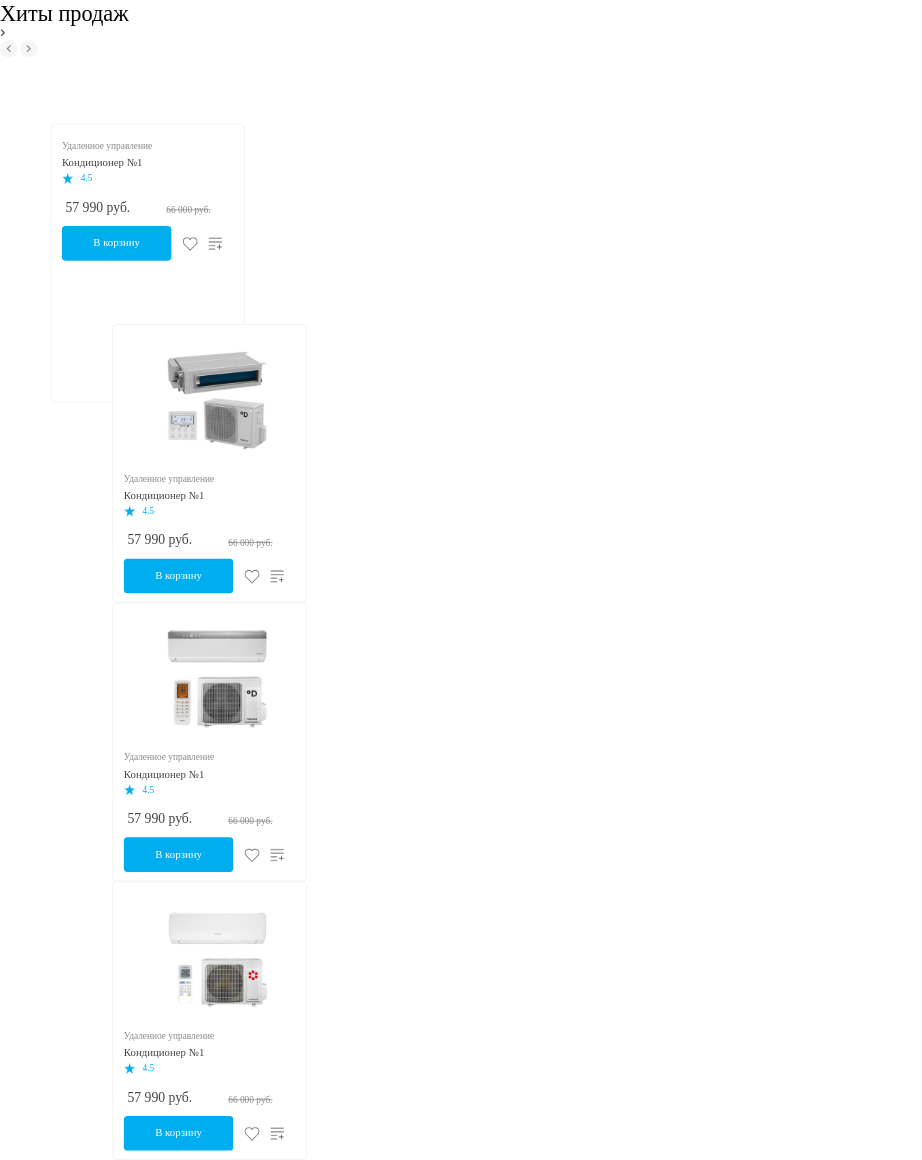
Repository: NikaMana/us
Page: index.html
An editor plug-in stored every save of this project. The page is shown before and after the next save, followed by the edit.
The browser window is 1280 px wide. The pictures show the whole page, at 72% of full size.

Above is the page before, as saved 2021-09-15 16:15:08.

### index.html
<!DOCTYPE html>
<html lang="ru">
<head>
    <meta charset="utf-8">
    <title>Main page</title>
    <meta name="viewport" content="widht=1100, initial-scale=1.0">
    <link rel="stylesheet" href="./styles.css">


</head>
<body>
<div class="welcome">
  <div class="welcome__container">
    <div class="welcome__up">
      <div class="welcome__left">
        <h1 class="welcome__hits">Хиты продаж</h1>
        <img class="welcome__arr" src="/img/arrbl.png" alt="blackarrow">
      </div>
      <div class="welcome__right">
        <img class="welcome__arr-left" src="/img/arrleft.png" alt="arrowleft">
        <img class="welcome__arr-right" src="/img/arrright.png" alt="arrowright">
      </div>
    </div>
      <div class="welcome__block-container">
        <div class="welcome__block">
          <div class="welcome__"
          <img class="welcome__pic" src="/img/pic1.png" alt="condition">
          <h4 class="welcome__control">Удаленное управление</h4>
          <h3 class="welcome__condition">Кондиционер №1</h3>
          <div class="welcome__rating">
            <img class="welcome__star" src="/img/Star.png" alt="star">
            <span class="welcome__score">4.5</span>
          </div>
          <div class="welcome__price">
            <h2 class="welcome__price-current">57 990 руб.</h2>
            <h3 class="welcome__price-past">66 000 руб.</h3>
          </div>
          <div class="welcome__adding">
            <button class="welcome__button">В корзину</button>
            <img class="welcome__like" src="/img/like.png" alt="like">
            <img class="welcome__plus" src="/img/add.png" alt="add">
          </div>
        </div>
        <div class="welcome__block">
          <img class="welcome__pic" src="/img/pic2.png" alt="condition">
          <h4 class="welcome__control">Удаленное управление</h4>
          <h3 class="welcome__condition">Кондиционер №1</h3>
          <div class="welcome__rating">
            <img class="welcome__star" src="/img/Star.png" alt="star">
            <span class="welcome__score">4.5</span>
          </div>
          <div class="welcome__price">
            <h2 class="welcome__price-current">57 990 руб.</h2>
            <h3 class="welcome__price-past">66 000 руб.</h3>
          </div>
          <div class="welcome__adding">
            <button class="welcome__button">В корзину</button>
            <img class="welcome__like" src="/img/like.png" alt="like">
            <img class="welcome__plus" src="/img/add.png" alt="add">
          </div>
        </div>
        <div class="welcome__block">
          <img class="welcome__pic" src="/img/pic3.png" alt="condition">
          <h4 class="welcome__control">Удаленное управление</h4>
          <h3 class="welcome__condition">Кондиционер №1</h3>
          <div class="welcome__rating">
            <img class="welcome__star" src="/img/Star.png" alt="star">
            <span class="welcome__score">4.5</span>
          </div>
          <div class="welcome__price">
            <h2 class="welcome__price-current">57 990 руб.</h2>
            <h3 class="welcome__price-past">66 000 руб.</h3>
          </div>
          <div class="welcome__adding">
            <button class="welcome__button">В корзину</button>
            <img class="welcome__like" src="/img/like.png" alt="like">
            <img class="welcome__plus" src="/img/add.png" alt="add">
          </div>
        </div>
        <div class="welcome__block">
          <img class="welcome__pic" src="/img/pic4.png" alt="condition">
          <h4 class="welcome__control">Удаленное управление</h4>
          <h3 class="welcome__condition">Кондиционер №1</h3>
          <div class="welcome__rating">
            <img class="welcome__star" src="/img/Star.png" alt="star">
            <span class="welcome__score">4.5</span>
          </div>
          <div class="welcome__price">
            <h2 class="welcome__price-current">57 990 руб.</h2>
            <h3 class="welcome__price-past">66 000 руб.</h3>
          </div>
          <div class="welcome__adding">
            <button class="welcome__button">В корзину</button>
            <img class="welcome__like" src="/img/like.png" alt="like">
            <img class="welcome__plus" src="/img/add.png" alt="add">
          </div>
        </div>
      </div>
  </div>
</div>
</body>

### styles.css
*{
  margin: 0;
  padding: 0;
  box-sizing: border-box;
}
button{
  border: none;
  background: no-repeat;
}
h1, h2,h3,h4,h5{
  font-family: none;
  font-size: none;
}
.welcome{
  position: absolute;
  width: 100%;
  height: 100%;
  z-index: 0;
}

.welcome__hits{
font-family: Gotham Pro;
font-size: 31px;
font-style: normal;
font-weight: 300;
line-height: 37px;
letter-spacing: 0em;
text-align: left;
}
.welcome__block-container{
  display: flex;
  flex-direction: row;
}
.welcome__block{
height: 387px;
width: 270px;
left: 55px;
top: 88px;
border-radius: 5px;
position: relative;
height: 387px;
left: 55px;
right: 955px;
top: 88px;
background: #FFFFFF;
border: 1px solid #EEEEEE;
box-sizing: border-box;
border-radius: 5px;
margin: 0px 15px;
padding: 15px;
}
.welcome__pic{
margin: 15px;
height: 150px;
left: 20px;
right: 20px;
top: 20px;
}
.welcome__control{
  position: static;
width: 230px;
height: 19px;
left: 0px;
top: 0px;
font-family: Gotham Pro;
font-style: normal;
font-weight: normal;
font-size: 13px;
line-height: 19px;
color: #888888;
flex: none;
order: 0;
align-self: stretch;
flex-grow: 0;
margin: 5px 0px;
}
.welcome__condition{
  position: static;
width: 230px;
height: 18px;
left: 0px;
top: 0px;
font-family: Gotham Pro;
font-style: normal;
font-weight: normal;
font-size: 15px;
line-height: 18px;
color: #444444;
flex: none;
order: 0;
align-self: stretch;
flex-grow: 0;
margin: 5px 0px;
}
.welcome__rating{
  display: flex;
}
.welcome__star{
  position: static;
width: 16px;
height: 16px;
left: 0px;
top: 0px;
flex: none;
order: 0;
flex-grow: 0;
margin-right: 5px;
}
.welcome__score{
  position: static;
width: 165px;
height: 15px;
left: 21px;
top: 0px;
font-family: Gotham Pro;
font-style: normal;
font-weight: normal;
font-size: 13px;
line-height: 15px;
display: flex;
align-items: center;
color: #00ADEF;
flex: none;
order: 1;
flex-grow: 1;
margin: 0px 5px;
}
.welcome__price{
  display: flex;
  margin-top: 20px;
  margin-bottom: 15px;
}
.welcome__price-current{
  position: static;
width: 130px;
height: 23px;
left: 0px;
top: 0px;
font-family: Gotham Pro;
font-style: normal;
font-weight: normal;
font-size: 19px;
line-height: 23px;
display: flex;
align-items: flex-end;
color: #444444;
flex: none;
order: 0;
flex-grow: 0;
margin: 0px 5px;
}
.welcome__price-past{
  position: static;
width: 103px;
height: 23px;
left: 135px;
top: 0px;
font-family: Gotham Pro;
font-style: normal;
font-weight: normal;
font-size: 13px;
line-height: 15px;
display: flex;
align-items: flex-end;
text-decoration-line: line-through;
color: #888888;
flex: none;
order: 1;
flex-grow: 0;
margin: 0px 5px;
}
.welcome__adding{
  display: flex;
  align-items: center;
}
.welcome__button{
  display: flex;
flex-direction: row;
justify-content: center;
align-items: center;
padding: 14px 40px 16px;
position: static;
width: 152px;
height: 48px;
left: 0px;
top: 0px;
background: #00ADEF;
border-radius: 5px;
flex: none;
order: 0;
font-family: Gotham Pro;
font-style: normal;
font-weight: normal;
font-size: 15px;
line-height: 18px;
color: #FFFFFF;
margin-right: 15px;
cursor: pointer;
}
.welcome__like{
cursor: pointer;
margin-right: 15px;
}
.welcome__plus{
cursor: pointer;;
}

After the next save:
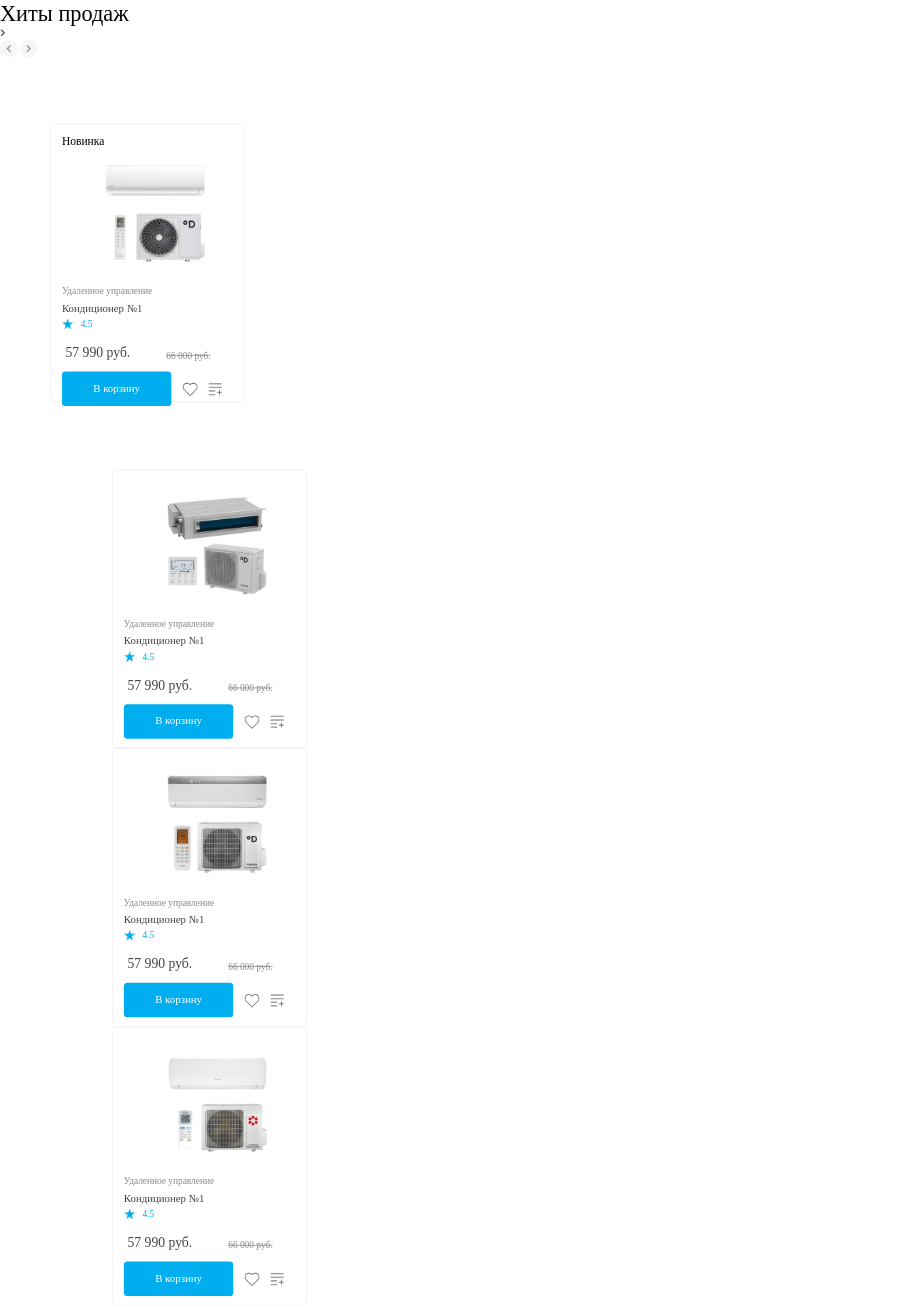
Saved 74 s later.
--- a/index.html
+++ b/index.html
@@ -23,7 +23,10 @@
     </div>
       <div class="welcome__block-container">
         <div class="welcome__block">
-          <div class="welcome__"
+          <div class="welcome__news">
+            <div class="welcome__new">Новинка</div>
+            <div class="welcome__"
+          </div>
           <img class="welcome__pic" src="/img/pic1.png" alt="condition">
           <h4 class="welcome__control">Удаленное управление</h4>
           <h3 class="welcome__condition">Кондиционер №1</h3>
